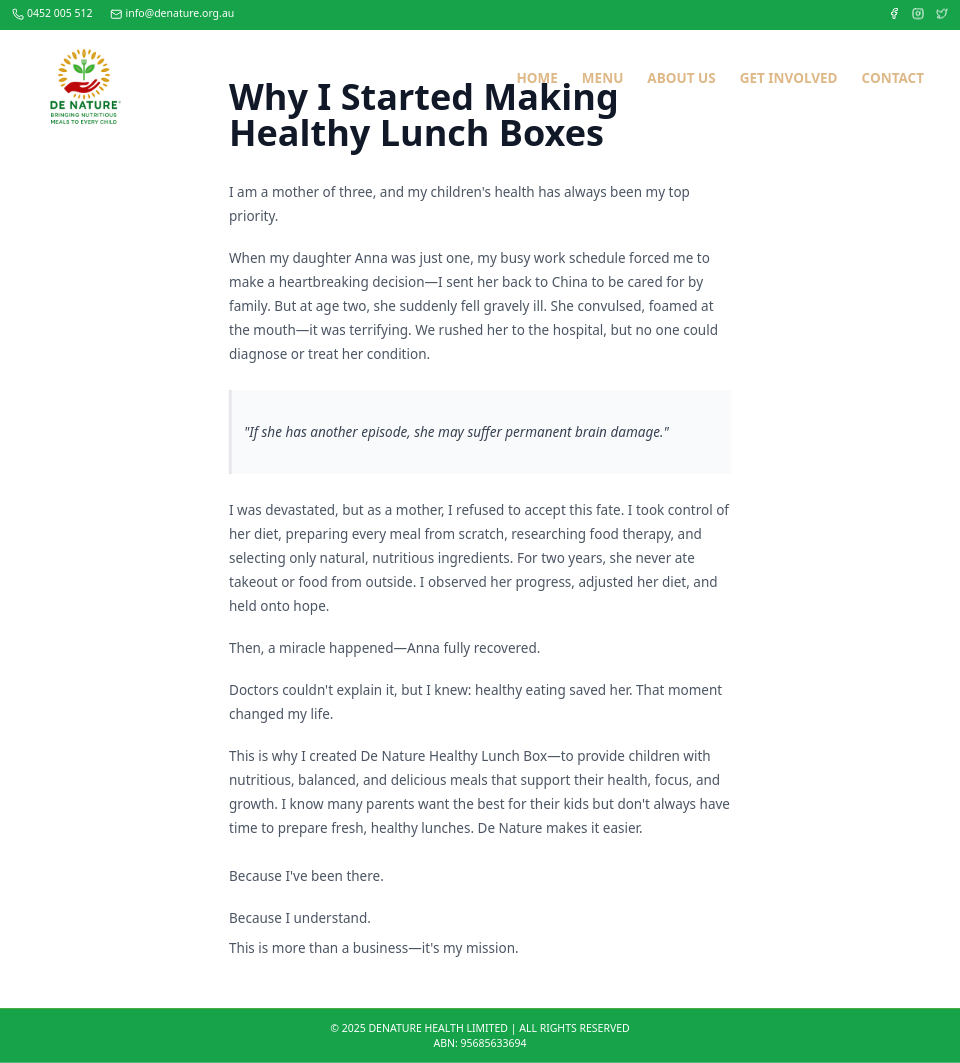
Repository: sunnyyan01/denature-website
Page: /about/messages-from-founder
The author's editor kept a copy of each file at every save. The page is drawn from the files as they stood at one save, then again after the next save.
The browser window is 1280 px wide. The pictures show the whole page, at 75% of full size.
The project was rebuilt for these pictures with package versions that can differ from the ones it lists, and the page was loaded fresh each time. The framework's server and built-in components were replaced by stand-ins that run in the browser. Also part of the build but not shown: next.config.js.

Above is the page before, as saved 2025-04-21 22:27:23.

### src/app/layout.tsx
import type { Metadata } from "next";
import { Inter, Poppins } from "next/font/google";
import "./globals.css";
import Navbar from "@/components/Navbar";
import Footer from "@/components/Footer";
import { Phone, Mail, Facebook, Instagram, Twitter } from "lucide-react";

const inter = Inter({
  subsets: ["latin"],
  variable: '--font-inter',
});

const poppins = Poppins({
  weight: ['400', '500', '600', '700'],
  subsets: ['latin'],
  variable: '--font-poppins',
});

export const metadata: Metadata = {
  title: "DE NATURE - Sydney Lunch Program",
  description: "Providing nutritious meals to children in need across Sydney",
  verification: {
    google: "OqLlSQNFE1spUS93SXK13pK8N_CO4S7m2l7H1rPvJmY",
  },
  icons: {
    icon: '/favicon.ico',
    shortcut: '/favicon.ico',
  },
};

export default function RootLayout({
  children,
}: {
  children: React.ReactNode;
}) {
  return (
    <html lang="en">
      <body className={`${inter.variable} ${poppins.variable} font-sans bg-background text-text`}>
        {/* Social Info Bar - Fixed at top */}
        <div className="fixed top-0 left-0 right-0 z-50 bg-green-600">
          <div className="container mx-auto px-4 py-2">
            <div className="flex items-center justify-between text-sm">
              <div className="flex items-center space-x-6">
                <a href="tel:0452005512" className="text-white hover:text-primaryLight transition-colors group relative">
                  <Phone className="w-4 h-4 inline-block mr-1" />
                  0452 005 512
                  <span className="absolute -bottom-6 left-0 bg-black/80 text-white text-xs px-2 py-1 rounded opacity-0 group-hover:opacity-100 transition-opacity whitespace-nowrap">
                    Call Us
                  </span>
                </a>
                <a href="mailto:info@denature.org.au?v=2" className="text-white hover:text-primaryLight transition-colors group relative">
                  <Mail className="w-4 h-4 inline-block mr-1" />
                  info@denature.org.au
                  <span className="absolute -bottom-6 left-0 bg-black/80 text-white text-xs px-2 py-1 rounded opacity-0 group-hover:opacity-100 transition-opacity whitespace-nowrap">
                    Email Us
                  </span>
                </a>
              </div>
              <div className="flex items-center space-x-4">
                <a href="#" className="text-white hover:text-primaryLight transition-colors group relative">
                  <Facebook className="w-4 h-4" />
                  <span className="absolute -bottom-6 left-0 bg-black/80 text-white text-xs px-2 py-1 rounded opacity-0 group-hover:opacity-100 transition-opacity whitespace-nowrap">
                    Facebook
                  </span>
                </a>
                <a href="#" className="text-white hover:text-primaryLight transition-colors group relative">
                  <Instagram className="w-4 h-4" />
                  <span className="absolute -bottom-6 left-0 bg-black/80 text-white text-xs px-2 py-1 rounded opacity-0 group-hover:opacity-100 transition-opacity whitespace-nowrap">
                    Instagram
                  </span>
                </a>
                <a href="#" className="text-white hover:text-primaryLight transition-colors group relative">
                  <Twitter className="w-4 h-4" />
                  <span className="absolute -bottom-6 left-0 bg-black/80 text-white text-xs px-2 py-1 rounded opacity-0 group-hover:opacity-100 transition-opacity whitespace-nowrap">
                    Twitter
                  </span>
                </a>
              </div>
            </div>
          </div>
        </div>

        {/* Navigation and Content */}
        <div className="relative">
          <Navbar />
          <main>
            {children}
          </main>
        </div>

        <Footer />
      </body>
    </html>
  );
}

### src/app/about/messages-from-founder/page.tsx
import React from 'react';

export default function MessagesFromFounder() {
  return (
    <main className="min-h-screen bg-white">
      <div className="max-w-4xl mx-auto px-4 py-16 sm:px-6 lg:px-8">
        <article className="prose lg:prose-lg mx-auto">
          <h1 className="text-3xl font-bold text-gray-900 mb-8">
            Why I Started Making Healthy Lunch Boxes
          </h1>

          <p className="text-gray-600 mb-6">
            I am a mother of three, and my children's health has always been my top priority.
          </p>

          <p className="text-gray-600 mb-6">
            When my daughter Anna was just one, my busy work schedule forced me to make a heartbreaking decision—I sent her back to China to be cared for by family. But at age two, she suddenly fell gravely ill. She convulsed, foamed at the mouth—it was terrifying. We rushed her to the hospital, but no one could diagnose or treat her condition.
          </p>

          <div className="bg-gray-50 border-l-4 border-gray-200 p-4 my-8">
            <p className="text-gray-700 italic">
              "If she has another episode, she may suffer permanent brain damage."
            </p>
          </div>

          <p className="text-gray-600 mb-6">
            I was devastated, but as a mother, I refused to accept this fate. I took control of her diet, preparing every meal from scratch, researching food therapy, and selecting only natural, nutritious ingredients. For two years, she never ate takeout or food from outside. I observed her progress, adjusted her diet, and held onto hope.
          </p>

          <p className="text-gray-600 mb-6">
            Then, a miracle happened—Anna fully recovered.
          </p>

          <p className="text-gray-600 mb-6">
            Doctors couldn't explain it, but I knew: healthy eating saved her. That moment changed my life.
          </p>

          <p className="text-gray-600 mb-6">
            This is why I created De Nature Healthy Lunch Box—to provide children with nutritious, balanced, and delicious meals that support their health, focus, and growth. I know many parents want the best for their kids but don't always have time to prepare fresh, healthy lunches. De Nature makes it easier.
          </p>

          <div className="space-y-2 text-gray-600 mt-8">
            <p className="font-medium">Because I've been there.</p>
            <p className="font-medium">Because I understand.</p>
            <p className="font-medium">This is more than a business—it's my mission.</p>
          </div>
        </article>
      </div>
    </main>
  );
}

### src/app/globals.css
@tailwind base;
@tailwind components;
@tailwind utilities;

:root {
  --foreground-rgb: 0, 0, 0;
  --background-rgb: 255, 255, 255;
}

body {
  color: rgb(var(--foreground-rgb));
  background: rgb(var(--background-rgb));
}

/* Smooth scrolling */
html {
  scroll-behavior: smooth;
}

/* Custom scrollbar */
::-webkit-scrollbar {
  width: 8px;
}

::-webkit-scrollbar-track {
  background: #f1f1f1;
}

::-webkit-scrollbar-thumb {
  background: #4ade80;
  border-radius: 4px;
}

::-webkit-scrollbar-thumb:hover {
  background: #22c55e;
}

/* Form styles */
@layer components {
  .form-input {
    @apply w-full px-4 py-2 rounded-md border border-gray-300 focus:outline-none focus:ring-2 focus:ring-green-500 focus:border-transparent;
  }

  .form-textarea {
    @apply w-full px-4 py-2 rounded-md border border-gray-300 focus:outline-none focus:ring-2 focus:ring-green-500 focus:border-transparent;
  }
}

/* Custom styles for form inputs */
input[type="text"],
input[type="email"],
textarea {
  @apply border border-gray-300 rounded-md px-4 py-2 focus:outline-none focus:ring-2 focus:ring-green-500 focus:border-transparent;
}

/* 导航栏样式 */
.navbar {
  background-color: transparent;
  color: #333;
  padding: 1rem 0;
  width: 100%;
  z-index: 50;
}

.navbar-container {
  max-width: 1280px;
  margin: 0 auto;
  padding: 0 1rem;
  display: flex;
  justify-content: space-between;
  align-items: center;
}

.navbar-logo {
  font-size: 1.5rem;
  font-weight: bold;
  color: #8B4513;
  text-decoration: none;
}

.navbar-links {
  display: flex;
  gap: 2rem;
}

.navbar-link {
  color: #333;
  text-decoration: none;
  font-weight: 500;
  transition: color 0.2s;
}

.navbar-link:hover {
  color: #8B4513;
}

/* 移动端菜单按钮 */
.mobile-menu-button {
  display: none;
  color: #333;
  font-size: 1.5rem;
  cursor: pointer;
}

/* 响应式设计 */
@media (max-width: 768px) {
  .mobile-menu-button {
    display: block;
  }

  .navbar-links {
    display: none;
    position: absolute;
    top: 100%;
    left: 0;
    right: 0;
    background-color: white;
    padding: 1rem;
    flex-direction: column;
    gap: 1rem;
  }

  .navbar-links.active {
    display: flex;
  }
}

### src/components/Footer.tsx
'use client';

export default function Footer() {
  const currentYear = new Date().getFullYear();

  return (
    <footer className="bg-green-600 text-white">
      <div className="border-t border-[#FFD700]/30 py-4">
        <div className="container mx-auto px-4">
          <div className="text-center text-sm text-white">
            <p>© 2025 DENATURE HEALTH LIMITED | ALL RIGHTS RESERVED</p>
            <p>ABN: 95685633694</p>
          </div>
        </div>
      </div>
    </footer>
  );
}

Loaded but not shown: tailwind.config.js (30 lines, source omitted); src/components/Navbar.tsx (232 lines, source omitted)

After the next save:
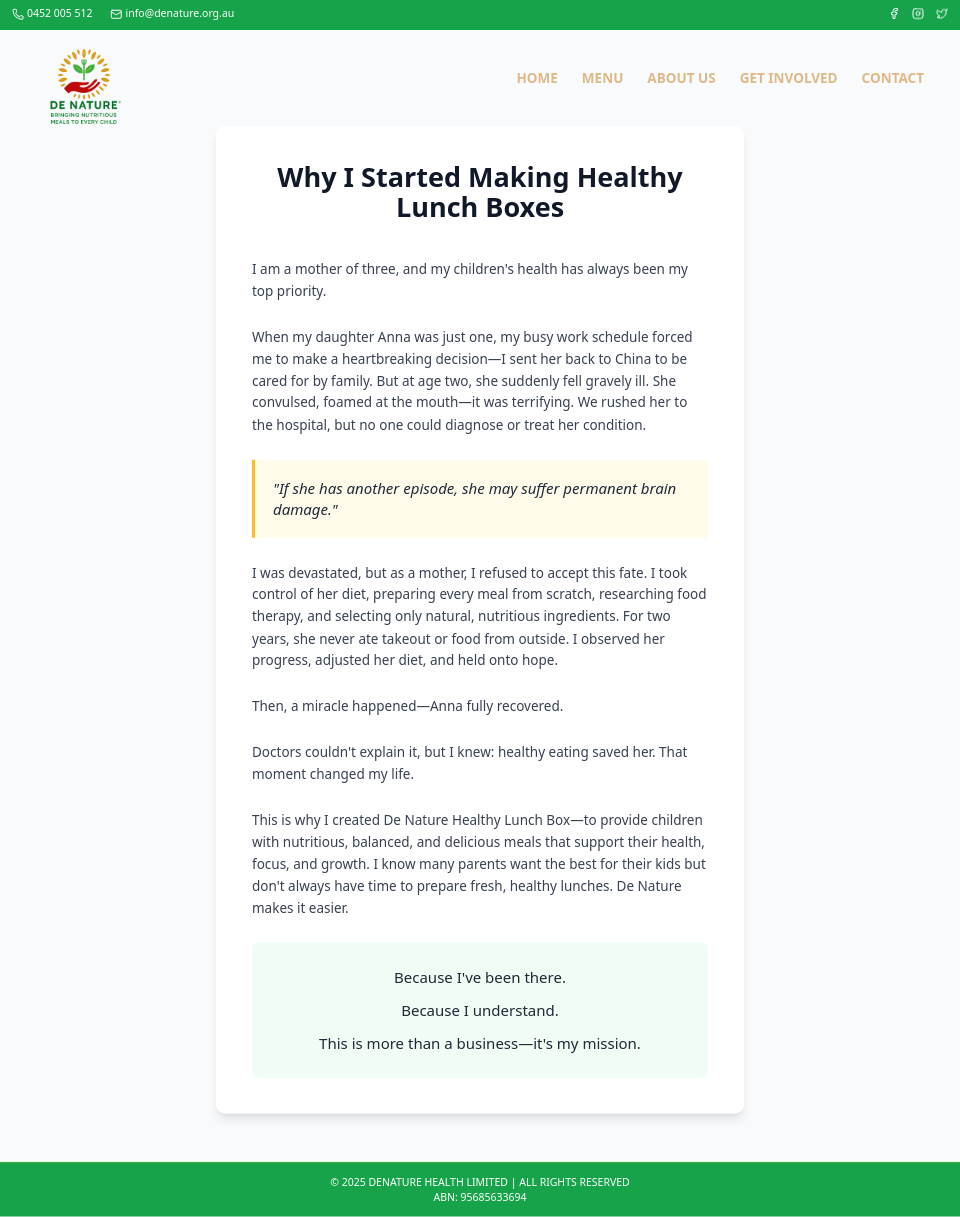
Saved 4 min 9 s later.
--- a/src/app/about/messages-from-founder/page.tsx
+++ b/src/app/about/messages-from-founder/page.tsx
@@ -2,49 +2,55 @@
 
 export default function MessagesFromFounder() {
   return (
-    <main className="min-h-screen bg-white">
-      <div className="max-w-4xl mx-auto px-4 py-16 sm:px-6 lg:px-8">
-        <article className="prose lg:prose-lg mx-auto">
-          <h1 className="text-3xl font-bold text-gray-900 mb-8">
-            Why I Started Making Healthy Lunch Boxes
-          </h1>
+    <main className="min-h-screen bg-gray-50">
+      <div className="pt-32 pb-16">
+        <div className="max-w-3xl mx-auto px-4 sm:px-6 lg:px-8">
+          <article className="bg-white rounded-xl shadow-lg p-8 sm:p-12">
+            <h1 className="text-4xl font-bold text-gray-900 mb-12 text-center">
+              Why I Started Making Healthy Lunch Boxes
+            </h1>
 
-          <p className="text-gray-600 mb-6">
-            I am a mother of three, and my children's health has always been my top priority.
-          </p>
+            <div className="space-y-8">
+              <p className="text-lg text-gray-700 leading-relaxed">
+                I am a mother of three, and my children's health has always been my top priority.
+              </p>
 
-          <p className="text-gray-600 mb-6">
-            When my daughter Anna was just one, my busy work schedule forced me to make a heartbreaking decision—I sent her back to China to be cared for by family. But at age two, she suddenly fell gravely ill. She convulsed, foamed at the mouth—it was terrifying. We rushed her to the hospital, but no one could diagnose or treat her condition.
-          </p>
+              <p className="text-lg text-gray-700 leading-relaxed">
+                When my daughter Anna was just one, my busy work schedule forced me to make a heartbreaking decision—I sent her back to China to be cared for by family. But at age two, she suddenly fell gravely ill. She convulsed, foamed at the mouth—it was terrifying. We rushed her to the hospital, but no one could diagnose or treat her condition.
+              </p>
 
-          <div className="bg-gray-50 border-l-4 border-gray-200 p-4 my-8">
-            <p className="text-gray-700 italic">
-              "If she has another episode, she may suffer permanent brain damage."
-            </p>
-          </div>
+              <div className="bg-amber-50 border-l-4 border-amber-400 p-6 my-12">
+                <p className="text-xl text-gray-800 italic">
+                  "If she has another episode, she may suffer permanent brain damage."
+                </p>
+              </div>
 
-          <p className="text-gray-600 mb-6">
-            I was devastated, but as a mother, I refused to accept this fate. I took control of her diet, preparing every meal from scratch, researching food therapy, and selecting only natural, nutritious ingredients. For two years, she never ate takeout or food from outside. I observed her progress, adjusted her diet, and held onto hope.
-          </p>
+              <p className="text-lg text-gray-700 leading-relaxed">
+                I was devastated, but as a mother, I refused to accept this fate. I took control of her diet, preparing every meal from scratch, researching food therapy, and selecting only natural, nutritious ingredients. For two years, she never ate takeout or food from outside. I observed her progress, adjusted her diet, and held onto hope.
+              </p>
 
-          <p className="text-gray-600 mb-6">
-            Then, a miracle happened—Anna fully recovered.
-          </p>
+              <p className="text-lg text-gray-700 leading-relaxed">
+                Then, a miracle happened—Anna fully recovered.
+              </p>
 
-          <p className="text-gray-600 mb-6">
-            Doctors couldn't explain it, but I knew: healthy eating saved her. That moment changed my life.
-          </p>
+              <p className="text-lg text-gray-700 leading-relaxed">
+                Doctors couldn't explain it, but I knew: healthy eating saved her. That moment changed my life.
+              </p>
 
-          <p className="text-gray-600 mb-6">
-            This is why I created De Nature Healthy Lunch Box—to provide children with nutritious, balanced, and delicious meals that support their health, focus, and growth. I know many parents want the best for their kids but don't always have time to prepare fresh, healthy lunches. De Nature makes it easier.
-          </p>
+              <p className="text-lg text-gray-700 leading-relaxed">
+                This is why I created De Nature Healthy Lunch Box—to provide children with nutritious, balanced, and delicious meals that support their health, focus, and growth. I know many parents want the best for their kids but don't always have time to prepare fresh, healthy lunches. De Nature makes it easier.
+              </p>
 
-          <div className="space-y-2 text-gray-600 mt-8">
-            <p className="font-medium">Because I've been there.</p>
-            <p className="font-medium">Because I understand.</p>
-            <p className="font-medium">This is more than a business—it's my mission.</p>
-          </div>
-        </article>
+              <div className="bg-green-50 rounded-lg p-8 mt-12">
+                <div className="space-y-4 text-center">
+                  <p className="text-xl text-gray-800 font-medium">Because I've been there.</p>
+                  <p className="text-xl text-gray-800 font-medium">Because I understand.</p>
+                  <p className="text-xl text-gray-800 font-medium">This is more than a business—it's my mission.</p>
+                </div>
+              </div>
+            </div>
+          </article>
+        </div>
       </div>
     </main>
   );
